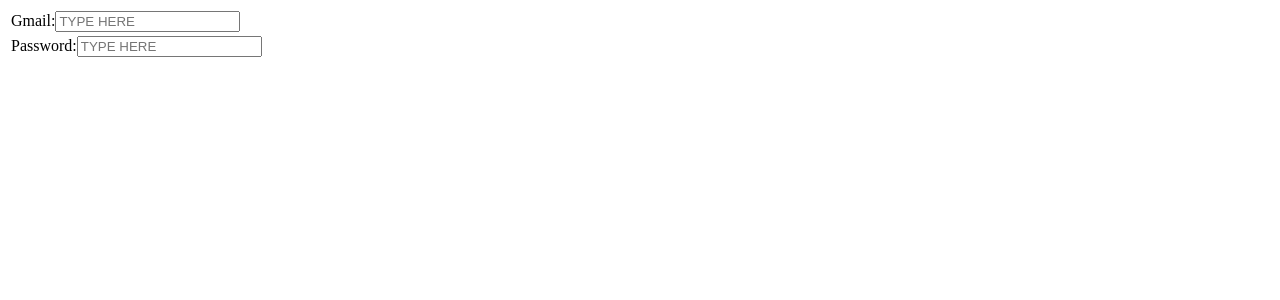
Repository: Amanbadshah/Java-project-
Page: com.basic/src/main/webapp/WEB-INF/update.html
The author's editor kept a copy of each file at every save. The page is drawn from the files as they stood at one save, then again after the next save.
The browser window is 1280 px wide. The pictures show the whole page.

Above is the page before, as saved 2022-06-02 07:48:09.

After the next save:
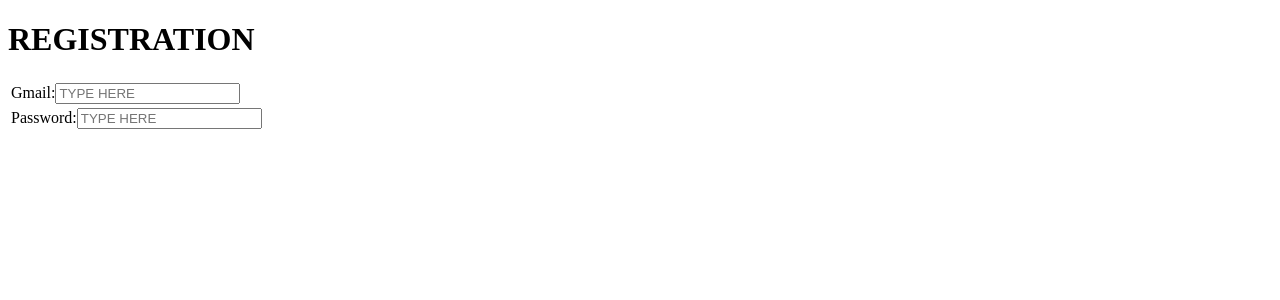
Saved 2 min 7 s later.
--- a/com.basic/src/main/webapp/WEB-INF/update.html
+++ b/com.basic/src/main/webapp/WEB-INF/update.html
@@ -2,10 +2,11 @@
 <html>
 <head>
 <meta charset="ISO-8859-1">
-<title>UPDATE</title>
+<title>ADD USER</title>
 </head>
 <body>
-<form action="update" method="post">
+<h1>REGISTRATION</h1>
+<form action="create" method="post">
 <table>
 <tr>
 <td>Gmail:<input name="gmail" placeholder="TYPE HERE"></td>
@@ -13,7 +14,11 @@
 <tr>
 <td>Password:<input name="password" placeholder="TYPE HERE"></td>
 </tr>
+
+
+
 </table>
 </form>
+
 </body>
 </html>
